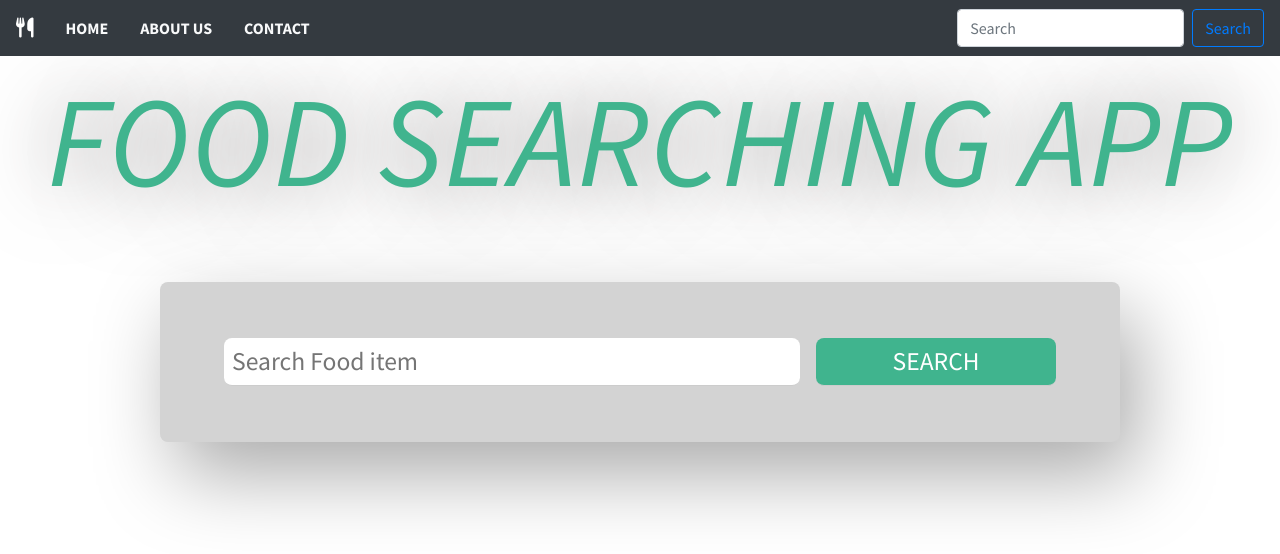
Repository: priyavmehta/React-Food-Recipe-App
Page: /
An editor plug-in stored every save of this project. The page is shown before and after the next save, followed by the edit.
The browser window is 1280 px wide. The pictures show the whole page.
Some web libraries are served in a nearby version. The project was rebuilt for these pictures with package versions that can differ from the ones it lists, and the page was loaded fresh each time. Also part of the build but not shown: src/Components/RecipeDetails.js, src/Components/Recipe.js, src/Components/Alert.js.

Above is the page before, as saved 2020-07-11 22:39:01.

### public/index.html
<!DOCTYPE html>
<html lang="en">
  <head>
    <meta charset="utf-8" />
    <link rel="icon" href="%PUBLIC_URL%/favicon.ico" />
    <meta name="viewport" content="width=device-width, initial-scale=1" />
    <meta name="theme-color" content="#000000" />
    <meta
      name="description"
      content="Web site created using create-react-app"
    />
    <link rel="apple-touch-icon" href="%PUBLIC_URL%/logo192.png" />
    <link rel="manifest" href="%PUBLIC_URL%/manifest.json" />

    <script src="https://kit.fontawesome.com/c3f9cf1e2c.js" crossorigin="anonymous"></script>

    <link rel="stylesheet" href="https://stackpath.bootstrapcdn.com/bootstrap/4.3.1/css/bootstrap.min.css" integrity="sha384-ggOyR0iXCbMQv3Xipma34MD+dH/1fQ784/j6cY/iJTQUOhcWr7x9JvoRxT2MZw1T" crossorigin="anonymous">
    <script src="https://code.jquery.com/jquery-3.3.1.slim.min.js" integrity="sha384-q8i/X+965DzO0rT7abK41JStQIAqVgRVzpbzo5smXKp4YfRvH+8abtTE1Pi6jizo" crossorigin="anonymous"></script>
<script src="https://cdnjs.cloudflare.com/ajax/libs/popper.js/1.14.7/umd/popper.min.js" integrity="sha384-UO2eT0CpHqdSJQ6hJty5KVphtPhzWj9WO1clHTMGa3JDZwrnQq4sF86dIHNDz0W1" crossorigin="anonymous"></script>
<script src="https://stackpath.bootstrapcdn.com/bootstrap/4.3.1/js/bootstrap.min.js" integrity="sha384-JjSmVgyd0p3pXB1rRibZUAYoIIy6OrQ6VrjIEaFf/nJGzIxFDsf4x0xIM+B07jRM" crossorigin="anonymous"></script>

    <title>Food App</title>
  </head>
  <body>
    <noscript>You need to enable JavaScript to run this app.</noscript>
    <div id="root"></div>
    <!--
      This HTML file is a template.
      If you open it directly in the browser, you will see an empty page.

      You can add webfonts, meta tags, or analytics to this file.
      The build step will place the bundled scripts into the <body> tag.

      To begin the development, run `npm start` or `yarn start`.
      To create a production bundle, use `npm run build` or `yarn build`.
    -->
  </body>
</html>

### src/App.js
import React, { useState } from 'react';
import './App.css';
import RecipeState from './context/recipe/RecipeState';
import Search from './Components/Search';
import { BrowserRouter as Router, Switch, Route } from 'react-router-dom'
import Navbar from './Components/Navbar';

const App = () => {

  return (
    <RecipeState>
      <Router>
      <Navbar />
        <div className="App">

          <Search/>
        </div>
      </Router>
    </RecipeState>
  );
}

export default App;

### src/App.css
@import url("https://fonts.googleapis.com/css?family=Source+Sans+Pro:300,300i,400,400i,600,600i,700&display=swap");

* {
  font-family: "Source Sans Pro", sans-serif;
  margin: 0;
  padding: 0;
  text-decoration: none;
  list-style-type: none;
  outline: none;
}

.App {
  display: flex;
  flex-direction: column;
  align-items: center;
}

h1 {
  font-size: 8rem;
  letter-spacing: 0.1rem;
  font-style: italic;
  color: #40b48e;
  text-shadow: 0 0.2rem 5rem rgb(119, 115, 115);
  text-transform: uppercase;
  margin: 4rem 0;
}

.search-form {
  width: 60rem;
  height: 10rem;
  display: flex;
  justify-content: center;
  align-items: center;
  background-color: #d3d3d3;
  border-radius: 0.5rem;
  margin-bottom: 5rem;
  box-shadow: 1rem 2rem 5rem #aaa;
  position: relative;
}

.alert {
  /*position: absolute;*/
  top: -3rem;
  left: 0;
  background-color: rgb(233, 72, 72);
  width: calc(100% - 0.4rem);
  border-radius: 0.5rem;
  padding: 0.2rem;
}

.alert h3 {
  font-size: 1.8rem;
  color: #fff;
  font-weight: 400;
  text-transform: uppercase;
  text-align: center;
}

.search-form input {
  font-size: 1.6rem;
  border: none;
  border-bottom: 0.1rem solid #ccc;
  margin: 0 0.5rem;
  border-radius: 0.5rem;
  height: 3rem;
}

.search-form input[type="text"] {
  padding: 0 0.5rem;
  width: 60%;
  color: #555;
}

.search-form input[type="submit"] {
  width: 25%;
  text-transform: uppercase;
  background-color: #40b48e;
  color: #fff;
}

.recipes {
  width: 90%;
  display: flex;
  align-items: center;
  flex-wrap: wrap;
  justify-content: center;
  align-items: flex-start;
}

.recipe {
  width: 30rem;
  margin: 3rem;
  display: flex;
  flex-direction: column;
  background-color: #d3d3d3;
  padding: 2rem;
  position: relative;
  border-radius: 0.5rem;
  box-shadow: 2rem 3rem 5rem #aaa;
}

.recipe h2 {
  background-color: rgba(161, 161, 161, 0.7);
  border-radius: 0.5rem;
  padding: 0.3rem 0.5rem;
  position: absolute;
  top: 2.5rem;
  left: 2.5rem;
  right: 2.5rem;
  font-size: 2.5rem;
  font-weight: 400;
  text-shadow: 0 0.5rem 0.5rem #555;
  color: #fff;
}

.recipe img {
  border-radius: 0.5rem;
  object-fit: cover;
}

.recipe a {
  font-size: 1.8rem;
  color: #40b48e;
}

/* .recipe button {
  font-size: 2rem;
  text-transform: uppercase;
  color: #fff;
  background-color: #40b48e;
  border: none;
  border-radius: 0.5rem;
  height: 3rem;
} */

.ingredient-list {
  margin-top: 1rem;
  background-color: #f0f0f0;
  border-radius: 0.5rem;
  padding: 0.5rem;
}

.ingredient-list li {
  margin: 0.5rem 0;
}

.ingredient-text {
  font-size: 1.5rem;
  color: #888;
}

.ingredient-weight {
  color: #40b48e;
  font-size: 1.3rem;
}

.fas {
  color: white;
}

/* .navbar {
  display: flex; */
  /*justify-content: space-between;
  align-items: center;
  padding: 0.7rem 2rem;
  z-index: 1;
  width: 100%;
  opacity: 0.9;
  margin-bottom: 1rem;
}

.navbar ul {
  display: flex;

}

.navbar a {
  color: #fff;
  padding: 0.45rem;
  margin: 0 0.25rem;
  background-color: black;
}

.navbar a:hover {
  color: var(--light-color);
}

.navbar .welcome span {
  margin-right: 0.6rem;
}


.bg-primary {
  background: var(--primary-color);
  color: #fff;
} */

### src/context/recipe/RecipeState.js
import React, { useReducer, useState, useEffect } from 'react'
import recipeContext from './recipeContext'
import recipeReducer from './recipeReducer';
import axios from 'axios'
import {SEARCH_RECIPE, SET_ALERT, REMOVE_ALERT, SET_HOME_PAGE} from '../types'

const RecipeState = (props) => {

    const initialState = {

        recipes : [],
        alert : ""
    };

    const home_recipes = []

    const [state, dispatch] = useReducer(recipeReducer, initialState);

    const YOUR_APP_ID = 'a232e31f';
    const YOUR_APP_KEY = 'd3cfbfb089b421a6f5135d309faa2604';

    // useEffect(async () => {
    //     const dosa = await axios.get(`https://api.edamam.com/search?q=dosa&app_id=${YOUR_APP_ID}&app_key=${YOUR_APP_KEY}`)
    //     const dosa_results = dosa.data.hits;
    //     home_recipes.push(dosa_results[5])
    //     home_recipes.push(dosa_results[9])

    //     const data = await axios.get(`https://api.edamam.com/search?q=pav&app_id=${YOUR_APP_ID}&app_key=${YOUR_APP_KEY}`)
    //     const results = data.data.hits;
    //     home_recipes.push(results[0])
    //     home_recipes.push(results[1])

    //     dispatch({type : SET_HOME_PAGE, payload : home_recipes})
    //     console.log("All Done")
    //     console.log(state.recipes)
    // }, [])

    const getData = async (text) => {
        if (text !== ''){
            const url = `https://api.edamam.com/search?q=${text}&app_id=${YOUR_APP_ID}&app_key=${YOUR_APP_KEY}`
            const data = await axios.get(url);
            if (!data.data.more){
                return (
                    dispatch({type : SET_ALERT, payload : "Such a food item is not available.."}),
                    setTimeout (() => dispatch({ type : REMOVE_ALERT }), 5000)
                )
            }
            dispatch({type: SEARCH_RECIPE, payload: data.data.hits})
            console.log(state.recipes)
        } else {
            dispatch ({type : SET_ALERT, payload: "Please enter something"})
            setTimeout (() => dispatch({ type : REMOVE_ALERT }), 5000)
        }

    }

    const getIndian = async () => {

    }

    return <recipeContext.Provider value = {{
            getData,
            recipes: state.recipes,
            alert : state.alert
        }
    }
    >
        {props.children}
    </recipeContext.Provider>
}

export default RecipeState

### src/Components/Search.js
import React, {Fragment, useContext, useState} from 'react'
import recipeContext from '../context/recipe/recipeContext'
import Recipe from './Recipe'
import Alert from './Alert'

const Search = () => {

    const [query, setQuery] = useState("")

    const RecipeContext = useContext(recipeContext)
    const {getData, recipes, alert} = RecipeContext

    const changeQuery = (event) => setQuery(event.target.value)

    const onSubmitQuery = (event) => {
        event.preventDefault()
        getData(query)
        setQuery("")
    }

    return (
        <Fragment>
            <h1 >Food Searching App</h1>
            { alert !== "" && <Alert/>}
            <form className = "search-form" onSubmit = {onSubmitQuery}>
                <input type="text" placeholder = "Search Food item" autoComplete = "off" onChange = {changeQuery} value = {query} />
                <input type = "submit" value = "Search" />
            </form>
            <div className = "recipes">
                {
                    recipes !== [] && (
                        recipes.map(recipe => <Recipe recipe = {recipe}/>)
                    )
                }
            </div>
        </Fragment>
    )
}

export default Search

### src/Components/Navbar.js
import React from 'react'
import PropTypes from 'prop-types'
import { Link } from 'react-router-dom'

const Navbar = ({icon, title}) => {

    return (
        <nav className="navbar navbar-expand-md navbar-light bg-dark fixed-top">
            <a className="navbar-brand"><i className="fas fa-utensils"></i></a>
            <button type="button" className="navbar-toggler bg-light" data-toggle="collapse" data-target="#nav">
                <span className="navbar-toggler-icon"></span>
            </button>
             <div className="collapse navbar-collapse justify-content-between" id="nav">
                <ul className="navbar-nav">
                    <li className="nav-item" >
                        <a className="nav-link text-light font-weight-bold px-3" href="#">HOME</a>
                    </li>
                    <li className="nav-item">
                        <a className="nav-link text-light font-weight-bold px-3" href="#">ABOUT US</a>
                    </li>
                    <li className="nav-item">
                        <a className="nav-link text-light font-weight-bold px-3" href="#">CONTACT</a>
                    </li>
                </ul>
                <form class="form-inline">
                    <input class="form-control mr-sm-2" type="search" placeholder="Search" aria-label="Search"/>
                    <button class="btn btn-outline-primary my-2 my-sm-0" type="submit">Search</button>
                </form>

            </div>

        </nav>
    )
}

Navbar.defaultProps = {
    title : "Food App",
    icon : "fab fa-github"
};

Navbar.propTypes = {
    title : PropTypes.string.isRequired,
    icon : PropTypes.string.isRequired
};

export default Navbar

### src/context/recipe/recipeContext.js
import { createContext } from 'react'

const recipeContext = createContext()

export default recipeContext

### src/context/recipe/recipeReducer.js
import {SEARCH_RECIPE, SET_ALERT, REMOVE_ALERT, SET_HOME_PAGE} from '../types'

export default (state, action) => {
    switch(action.type){
        case SET_HOME_PAGE:
            return{
                ...state,
                recipes : action.payload
            }
        case REMOVE_ALERT:
            return{
                ...state,
                alert: ""
            }
        case SET_ALERT:
            return{
                ...state,
                alert: action.payload
            }
        case SEARCH_RECIPE:
            return {
                ...state,
                recipes : action.payload,
                alert: ""
            }
        default:
            return state
    }
}

### src/context/types.js
export const SEARCH_RECIPE = "SEARCH_RECIPE";
export const CHANGE_QUERY = "CHANGE_QUERY";
export const SET_ALERT = "SET_ALERT";
export const REMOVE_ALERT = "REMOVE_ALERT";
export const SET_HOME_PAGE = "SET_HOME_PAGE";

Loaded but not shown: src/index.js (common file); src/index.css (common file); src/serviceWorker.js (common file)

After the next save:
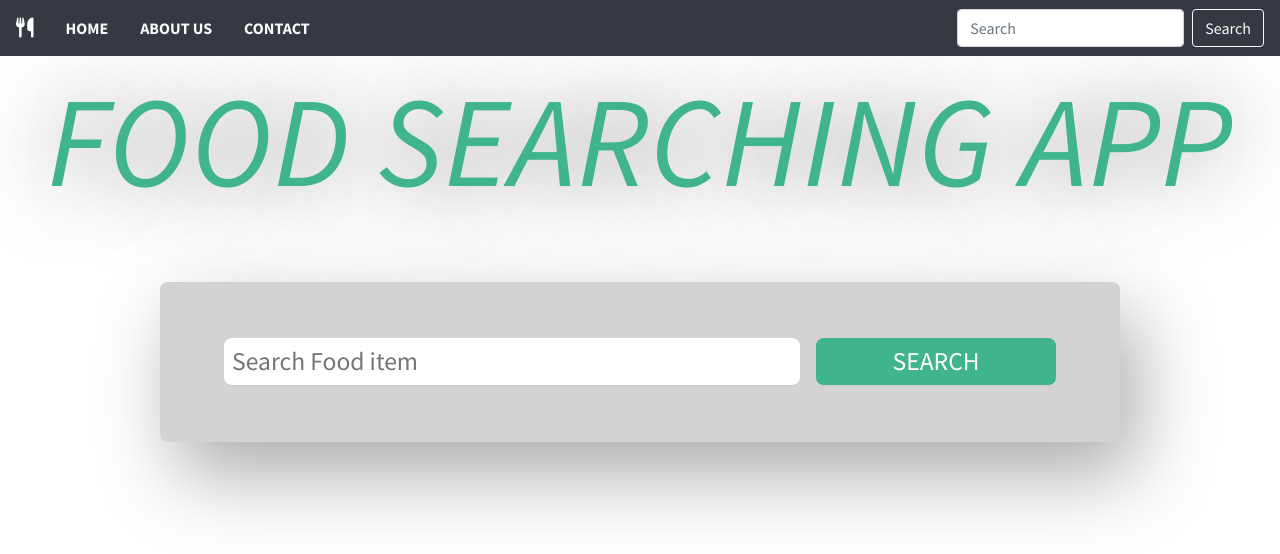
Saved 32 s later.
--- a/src/Components/Navbar.js
+++ b/src/Components/Navbar.js
@@ -24,7 +24,7 @@ const Navbar = ({icon, title}) => {
                 </ul>
                 <form class="form-inline">
                     <input class="form-control mr-sm-2" type="search" placeholder="Search" aria-label="Search"/>
-                    <button class="btn btn-outline-primary my-2 my-sm-0" type="submit">Search</button>
+                    <button class="btn btn-outline-light my-2 my-sm-0" type="submit">Search</button>
                 </form>
 
             </div>
